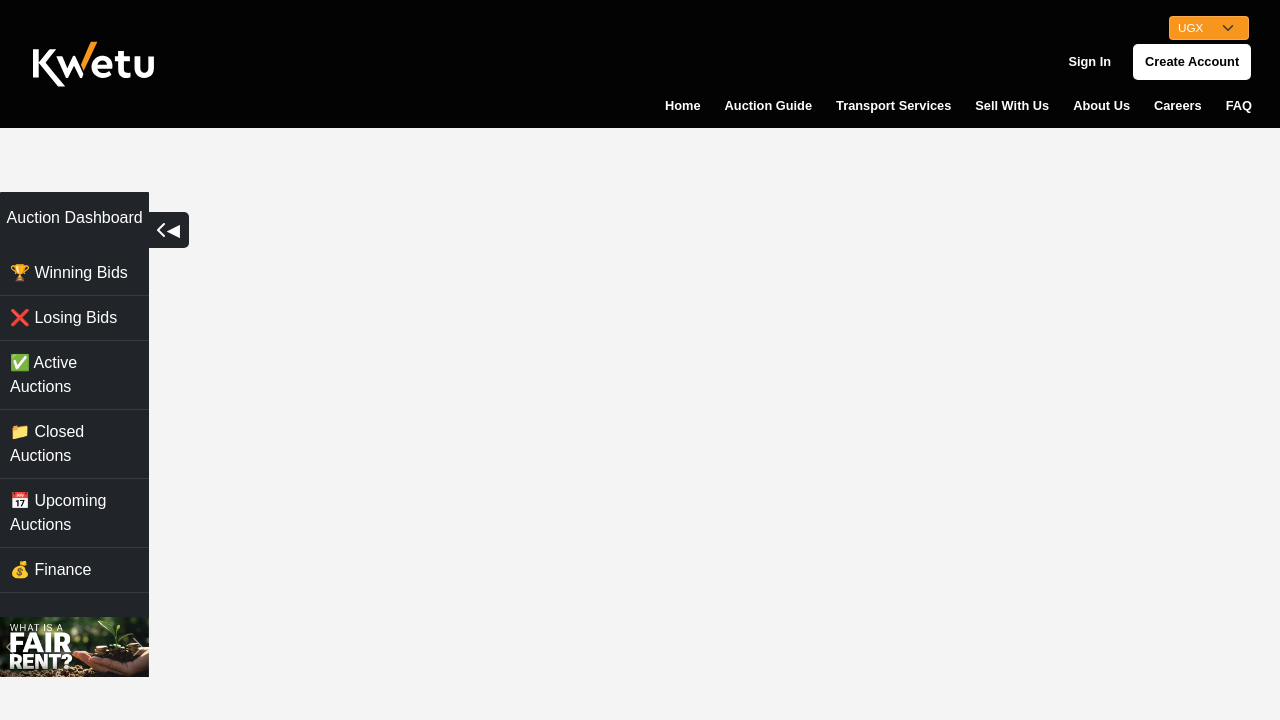
Repository: kaizoku010/kwetu
Page: http://localhost/auction.php
An editor plug-in stored every save of this project. The page is shown before and after the next save, followed by the edit.
The browser window is 1280 px wide. The pictures show the whole page.
The page is run by PHP 8.4 with error messages shown; the project is at /var/www/html/.

Above is the page before, as saved 2025-03-12 12:36:59.

### auction.php
<?php
include './includes/db.php';
if (session_status() === PHP_SESSION_NONE) {
    session_start();
}

// Define admin status and exchange rate
$is_admin = isset($_SESSION['admin_logged_in']) && $_SESSION['admin_logged_in'] === true;
$exchange_rate = 3800;
?>

<!DOCTYPE html>
<html lang="en">
<head>
    <meta charset="UTF-8">
    <meta name="viewport" content="width=device-width, initial-scale=1.0">
    <title>Auction Details</title>
    <link href="https://cdn.jsdelivr.net/npm/bootstrap@5.3.0/dist/css/bootstrap.min.css" rel="stylesheet">
    <script src="https://code.jquery.com/jquery-3.6.0.min.js"></script>

    <style>
        .fixed-img {
            width: 100%;
            height: 250px;
            object-fit: cover;
        }
        .aucs-title {
    text-align: center !important;
    margin-top: 10rem;
    font-weight: 600;
    text-transform: uppercase;
    margin-bottom: 5rem;
}

.auc-desc-dets{
    margin-bottom: 1px !important;
}

.mdx-card-sama p, h6{
 margin-bottom: 0px !important;
}

    </style>
</head>
<body>
    <?php include 'navbar.php'; ?>
    <?php include 'navbar2.php'; ?>

    <div class="container mt-5">
        <?php
        $auction_id = isset($_GET['id']) && is_numeric($_GET['id']) ? (int)$_GET['id'] : 0;

        if ($auction_id == 0) {
            die("<h2 class='text-center text-danger'>Invalid Auction ID</h2>");
        }

        $stmt = $conn->prepare("SELECT * FROM auction_items WHERE auction_id = ?");
        $stmt->bind_param("i", $auction_id);
        $stmt->execute();
        $auction_result = $stmt->get_result();

        if ($auction_result->num_rows > 0) {
            echo "<h2 class='text-center aucs-title'>Auction Items</h2>";
            echo "<div class='row'>";

            while ($item = $auction_result->fetch_assoc()) {
                $price_in_ugx = $item['price'] * $exchange_rate;

                echo '<div class="col-md-4">
                        <div class="card auction-item">
                            <div class="card-header">
                                <strong>Lot: ' . htmlspecialchars($item['lot_number'], ENT_QUOTES, 'UTF-8') . '</strong>
                            </div>

                            <img src="' . htmlspecialchars($item['image'], ENT_QUOTES, 'UTF-8') . '" class="card-img-top fixed-img" alt="Item Image">

                            <div class="card-body mdx-card-sama">
                                <div class="bg-light p-3 rounded mb-2">
                                    <h6 class="fw-bold">Title:</h6>
                                    <p>' . htmlspecialchars($item['title'], ENT_QUOTES, 'UTF-8') . '</p>
                                </div>

                                <div class="bg-light p-3 rounded mb-2">
                                    <h6 class="fw-bold">Bids:</h6>
                                    <p><span id="bids-count-' . $item['id'] . '">' . htmlspecialchars($item['bidders'], ENT_QUOTES, 'UTF-8') . '</span></p>
                                </div>

                                <div class="bg-light p-3 rounded mb-2">
                                    <h6 class="fw-bold">Current Price:</h6>
                                    <p class="price-display"
                                       data-original-price="' . $price_in_ugx . '"
                                       data-original-currency="UGX"
                                       id="current-price-' . $item['id'] . '">
                                        UGX ' . number_format($price_in_ugx) . '
                                    </p>
                                </div>

                                <div class="bg-light p-3 rounded mb-2">
                                    <h6 class="fw-bold">Condition:</h6>
                                    <p>' . nl2br(htmlspecialchars($item['condition'], ENT_QUOTES, 'UTF-8')) . '</p>
                                </div>

                                <div class="bg-light p-3 rounded" style="max-height: 6rem; overflow: hidden; text-overflow: ellipsis; display: -webkit-box; -webkit-line-clamp: 4; -webkit-box-orient: vertical;">
                                    <h6 class="fw-bold">Description:</h6>
                                    <p class="auc-desc-dets">' . nl2br(htmlspecialchars($item['description'], ENT_QUOTES, 'UTF-8')) . '</p>
                                </div>

                                ' . ($is_admin ? '
                                <div class="mt-3">
                                    <a href="edit_item.php?id=' . $item['id'] . '" class="btn btn-warning w-100 mb-2">Edit</a>
                                    <a href="delete_item.php?id=' . $item['id'] . '" class="btn btn-danger w-100" onclick="return confirm(\'Are you sure you want to delete this item?\')">Delete</a>
                                </div>' : '') . '
                            </div>

                            <div class="card-footer">
                                <a href="lot_details.php?id=' . $item['id'] . '" class="btn btn-success w-100">View This Lot</a>
                            </div>
                        </div>
                    </div>';
            }
            echo "</div>";
        } else {
            echo "<h2 class='text-center text-danger'>No Items Found</h2>";
        }

        $stmt->close();
        ?>
    </div>

    <script>
        $(document).ready(function() {
            $(".place-bid-btn").click(function() {
                let itemId = $(this).data("item-id");
                let currency = $(".currency-selector[data-item-id='" + itemId + "']").val();
                let manualBid = $("#manual-bid-" + itemId).val();

                $.ajax({
                    url: "update_price.php",
                    type: "POST",
                    data: { item_id: itemId, currency: currency, manual_bid: manualBid },
                    success: function(response) {
                        let data = JSON.parse(response);
                        if (data.error) {
                            alert(data.error);
                        } else {
                            $("#current-price-" + itemId).text(data.currency + " " + data.price);
                            $("#bids-count-" + itemId).text(data.bids);
                        }
                    },
                    error: function() {
                        alert("Error updating bid.");
                    }
                });
            });
        });
    </script>
</body>
</html>

### includes/db.php
<?php
$servername = "localhost";
$username = "root";
$password = "";
$dbname = "test";

$conn = new mysqli($servername, $username, $password, $dbname);

if ($conn->connect_error) {
    echo ("<script>console.log('connection failed');</script>");

    die("Connection failed: " . $conn->connect_error);
}

echo ("<script>console.log('connection set');</script>");

?>

### header_slide.php
<!DOCTYPE html>
<html lang="en">
<head>
    <meta charset="UTF-8">
    <meta name="viewport" content="width=device-width, initial-scale=1.0">
    <title>Image Slider</title>
    <!-- Bootstrap CSS -->
    <link href="https://cdn.jsdelivr.net/npm/bootstrap@5.3.0/dist/css/bootstrap.min.css" rel="stylesheet">
    <link rel="stylesheet" href="styles.css">
</head>
<body>

    <?php include ('./includes/db.php'); ?>
	<link rel="stylesheet" href="./css/styles.css">
	<div class="carousel-container">
        <div id="imageSlider" class="carousel slide" data-bs-ride="carousel">
            <div class="carousel-inner">
                <div class="carousel-item active">
                    <img src="/assets/ad.jpg"class="d-block w-100" alt="Auction Image 1">
                </div>
                <div class="carousel-item">
                    <img src="/assets/ad.jpg" class="d-block w-100" alt="Auction Image 2">
                </div>
                <div class="carousel-item">
                    <img src="/assets/default-company.jpg" class="d-block w-100" alt="Auction Image 3">
                </div>
            </div>
            <button class="carousel-control-prev" type="button" data-bs-target="#imageSlider" data-bs-slide="prev">
                <span class="carousel-control-prev-icon" aria-hidden="true"></span>
            </button>
            <button class="carousel-control-next" type="button" data-bs-target="#imageSlider" data-bs-slide="next">
                <span class="carousel-control-next-icon" aria-hidden="true"></span>
            </button>
        </div>
    </div>

    <!-- Bootstrap JS -->
    <script src="https://cdn.jsdelivr.net/npm/bootstrap@5.3.0/dist/js/bootstrap.bundle.min.js"></script>

</body>
</html>

### css/mobile_styles.css
.mdx-reg-section {
    height: 100vh;
    background-color: black;
    background-image: url("../assets/bg2.png");
    display: flex;
    margin-top: 0 !important;
    background-position: center;
    background-repeat: no-repeat;
    background-size: cover;
}

.form-control {
    border-radius: 30px !important;
}

.mdx-filler {
    display: block;
    width: 70%;
    background-color: transparent;
}




.mdx-reg {
    justify-content: center;
    height: 100vh;
    background-color: black;
    background-image: url("../assets/wavy.jpg");
    color: white;
    width: 35% !important;
    max-width: 100%;
    display: flex;
    padding-left: 7rem;
    padding-right: 7rem;
    flex-direction: column;
    margin-top: 0 !important;
}

.brand-logo-reg {
    width: 10rem;
    margin-bottom: 2rem;
    align-self: center;
}

/* .mdx-margins{
        margin-left: 3rem;
            margin-right: 3rem;
    } */

.mdx-btn-reg:hover {
    background-color: transparent !important;
    color: white !important;
}

.brand-logo-reg:hover {
    cursor: pointer;
}

.mdx-btn-bck:hover {
    background-color: #f78b00 !important;
    color: white !important;
}

.mdx-btn-reg {
    background-color: #f78b00 !important;
    border-color: #f78b00 !important;
    border-radius: 30px;
    width: 100%;
    font-size: small;
}

.mdx-btn-bck {
    margin-top: 1rem;
    background-color: transparent !important;
    border-color: #f78b00 !important;
    border-radius: 30px;
    width: 100%;
    font-size: small;
    border: 1px solid #f78b00;
}

@media screen and (max-width: 993px) {
    .mdx-filler {
        display: none;
    }


         .nav-container {
             margin-top: .2rem;
             /* margin-right: 1.7rem !important; */
             justify-content: end !important;
             flex-direction: column;
         }



    #globalCurrencySelector {
        background-color: transparent;
        color: white;
        border: 1px solid rgba(255, 255, 255, 0.2);
        padding: 2px 8px;
        font-size: small !important;
    }

   .currency-selector-container {
       margin-right: 15px;
       width: 5rem;
       background-color: #f7951d !important;
       border-radius: 4px !important;
       align-self: flex-end !important;
       margin-bottom: 1.3rem !important;
   }

    .mdx-reg {
        background-color: #171515 !important;
        height: 100vh;
        background-image: url("../assets/wavy.jpg");
        color: white;
        padding-left: 6rem;
        padding-right: 6rem;
        display: flex;
        flex-direction: column;
        width: 100% !important;
        margin-top: 0 !important;
        justify-content: center;

    }

    .brand-logo-reg {
        width: 10rem;
        margin-bottom: 2rem;
        align-self: center;
    }

    .mdx-btn-reg {
        background-color: #f78b00 !important;
        border-color: #f78b00 !important;
        font-size: .8rem !important;
        border-radius: 30px;
        width: 100%;
            font-size: small;
    }

    .mdx-btn-bck {
        margin-top: 1rem;
        background-color: transparent !important;
        border-color: #f78b00 !important;
        border-radius: 30px;
        font-size: .8rem !important;
        width: 100%;
        font-size: small;
        border: 2px solid #f78b00;
    }

    .form-control {
        border-radius: 30px !important;
    }


    .currency-selector-container {
        margin-right: 1.8rem !important;
        width: 5rem;
        border-radius: 4px !important;
        align-self: flex-end !important;
        margin-bottom: 0.4rem;
        margin-top: 1.2rem !important;
    }
}

### styles.css

                                                                    /* Make Navbar Fixed at the Top */
.navbar {
    position: fixed;
    top: 0;
    width: 100%;
    padding: 1rem;
    z-index: 1000; /* Ensures it's above other elements */
}

/* Adjust Main Content to Avoid Overlapping */
body {
    padding-top: 70px; /* Prevents navbar from covering content */
}

/* ===== Home Page Styling (index.php) ===== */
body.index-page {
    background: #f8f9fa;
    font-family: Arial, sans-serif;
    margin: 0;
    padding: 0;
}

/* ===== Hero Section (Banner) ===== */
/* https://asset.cloudinary.com/dnko3bvt0/40cc04863b2f72003d888c5574bfc060 */
.hero {
    background: url('assets/auc.jpg') center/cover no-repeat !important;
  height: 44rem !important;
    background-color: black;
    display: flex;
    flex-direction: column;
    align-items: center;
    justify-content: center;
    text-align: center;
    color: white;
    padding: 20px;
    position: relative;
}



.container {
    width: 90%;
    max-width: 1000px;
    margin: 30px auto;
    margin-top: 30px;
    background-color: transparent !important;
    padding: 20px;
    border-radius: 0px !important;
    box-shadow: 0 0 10px rgba(0, 0, 0, 0) !important;
}

.logo-image {
    width: 8rem;
    height: auto;
    margin-left: 1rem;
}



.hero p {
    font-size: 18px;
}

/* ===== Search Bar Styling ===== */
.search-container {
    margin-top: 20px;
    width: 60%;
}

.search-form {
    display: flex;
    justify-content: center;
    width: 100%;
}

/* Search Input */
.search-input {
    padding: 12px;
    font-size: 16px;
    border: 2px solid #f78b00;
    border-radius: 5px 0 0 5px;
    flex: 1;
}

.search-btn {
    background: #f78b00;
    color: white;
    border: 2px solid #f78b00;
    padding: 12px 20px;
    font-size: 16px;
    border-radius: 0 5px 5px 0;
    cursor: pointer;
    transition: 0.3s;
}

.search-btn:hover {
    background: #f78c00da;
}

/* Responsive Design */
@media (max-width: 768px) {



    .hero {
        height: 250px;
    }

    .hero h1 {
        font-size: 1.8rem !important;
        margin-top: 4rem;

    }

    .hero p {
        font-size: 16px;
    }

    .search-container {
        width: 90%;
    }
}
                                                       /* Fixed Sidebar in the Middle */
.fixed-sidebar {
    position: fixed;
    top: 50%;
    left: 20px; /* Adjust left position */
    transform: translateY(-50%);
    width: 200px; /* Smaller width */
    background-color: black !important;
    padding: 20px;
    border-radius: 10px;
    box-shadow: 0 4px 6px rgba(0, 0, 0, 0.3);
    z-index: 1000;
}

.nav-links {
    display: flex;
    font-size: .8rem !important;
    list-style: none;
    justify-content: center;
    align-content: center;
    margin-bottom: 0px;
}

/* Sidebar Content */
.sidebar-content {
    text-align: center;
}


/* Sidebar Links */
.fixed-sidebar {
    padding: 10px;
    top: 55% !important;
    display: block;
    text-align: left !important;
    border-bottom: 1px solid rgba(255, 255, 255, 0.1);
    transition: background 0.3s ease-in-out;
}


.nav-link- {
    padding: 10px;
    font-size: .8rem;
    display: block;
    border-bottom: 1px solid rgba(255, 255, 255, 0.1);
    transition: background 0.3s ease-in-out;
}

.nav-link {
    padding: 10px;
    font-size: 1rem;
    display: block;
    border-bottom: 1px solid rgba(255, 255, 255, 0.1);
    transition: background 0.3s ease-in-out;
}



.fixed-sidebar:hover {
    background: rgba(255, 255, 255, 0.2);
    border-radius: 5px;
}

.nav-link:hover {
    background: rgba(255, 255, 255, 0.2);
    border-radius: 5px;
}
.cta-btn:hover {
    background: rgb(240, 239, 239);
}


.auction-container {
    width: 100%;
    max-width: 1193px;
    margin: 0px auto;
    background: transparent !important;
    padding: 20px;
    border-radius: 0px !important;
    box-shadow: 0 0 10px rgba(0, 0, 0, 0) !important;
}



/* General Page Styling */
body {
    font-family: Arial, sans-serif;
    background-color: #f4f4f4;
    text-align: center;
    margin: 0;
    padding: 0;
}

/* Finance Summary Header */
.finance-header {
    font-size: 30px;
    font-weight: bold;
    color: #343a40;
    margin-top: 20px;
    padding: 10px;
}

/* Main Container */
.container {
    width: 90%;
    max-width: 1000px;
    margin: 30px auto;
    background-color: white;
    padding: 20px;
    border-radius: 8px;
    box-shadow: 0 0 10px rgba(0, 0, 0, 0.1);
}

/* Company Titles */
.company-title {
    font-size: 22px;
    font-weight: bold;
    color: #f78b00;
    margin-top: 20px;
    text-decoration: underline;
    padding-bottom: 5px;
}

/* Table Styling */
.table-container {
    overflow-x: auto;
    margin-top: 15px;
}

.table {
    width: 100%;
    border-collapse: collapse;
    margin-bottom: 20px;
}

.table th, .table td {
    padding: 10px;
    text-align: center;
    border: 1px solid #ddd;
}

.table th {
    background-color: #f78b00;
    color: white;
    font-weight: bold;
}

.table tbody tr:nth-child(even) {
    background-color: #f9f9f9;
}

.table tbody tr:nth-child(odd) {
    background-color: #ffffff;
}

/* Item Image */
.item-image {
    width: 80px;
    height: 80px;
    object-fit: cover;
    border-radius: 5px;
    border: 1px solid #ddd;
}

/* Total Amount Styling */
.total-amount {
    font-size: 20px;
    font-weight: bold;
    color: green;
    margin-top: 15px;
}

/* Payment Info Button */
.payment-btn-container {
    display: flex;
    justify-content: center;
    align-items: center;
    margin-top: 15px;
}

.payment-btn {
    background-color: #f78b00;
    color: white;
    padding: 12px 18px;
    border-radius: 5px;
    text-decoration: none;
    font-size: 16px;
    font-weight: bold;
    transition: background 0.3s ease;
}

.payment-btn:hover {
    background-color: #0056b3;
}
/* Grand Total Styling */
.grand-total {
    font-size: 22px;
    font-weight: bold;
    color: darkgreen;
    margin-top: 30px;
}


.categories-container{
display: flex;
/* justify-content: center;
align-items: center; */
gap: 1rem;
margin-top: 1rem;
}

.ic-box {

    background-color: white;
    width: fit-content;
    border-radius: 5px;
    justify-content: center;
    padding: .5rem;
    align-items: center;
}

.ic-box-img {
    width: 40px;
    height: 40px;
    margin-bottom: .1rem;
}
.ic-box-text {
    font-size: small;
    font-weight: bold;
    margin-top: .8rem;
    color: #393939;
    margin-top: 0px;
}

.cta-section {
    background: #f78b00;
    color: white;
    text-align: center;
    padding: 30px;
    margin-top: 0px !important;
}



.new-item-holder{
    background-color: red !important;
}


.form-select-sm {
    font-size: .733rem !important;
}

Loaded but not shown: assets/logo-full.svg (37 lines, source omitted); js/currency-converter.js (60 lines, source omitted); navbar.php (744 lines, source omitted); css/styles.css (730 lines, source omitted); navbar2.php (287 lines, source omitted)

After the next save:
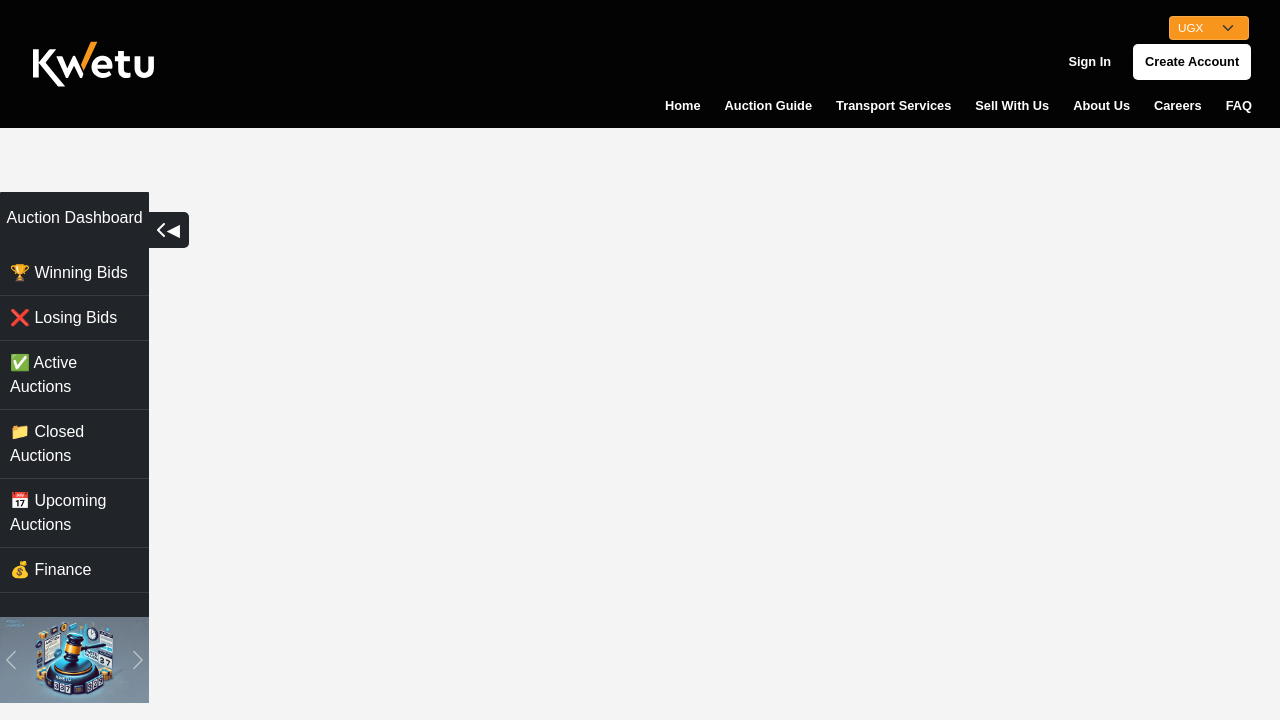
Saved 5 s later.
--- a/header_slide.php
+++ b/header_slide.php
@@ -19,7 +19,7 @@
                     <img src="/assets/ad.jpg"class="d-block w-100" alt="Auction Image 1">
                 </div>
                 <div class="carousel-item">
-                    <img src="/assets/ad.jpg" class="d-block w-100" alt="Auction Image 2">
+                    <img src="/assets/default-company.jpg" class="d-block w-100" alt="Auction Image 2">
                 </div>
                 <div class="carousel-item">
                     <img src="/assets/default-company.jpg" class="d-block w-100" alt="Auction Image 3">
